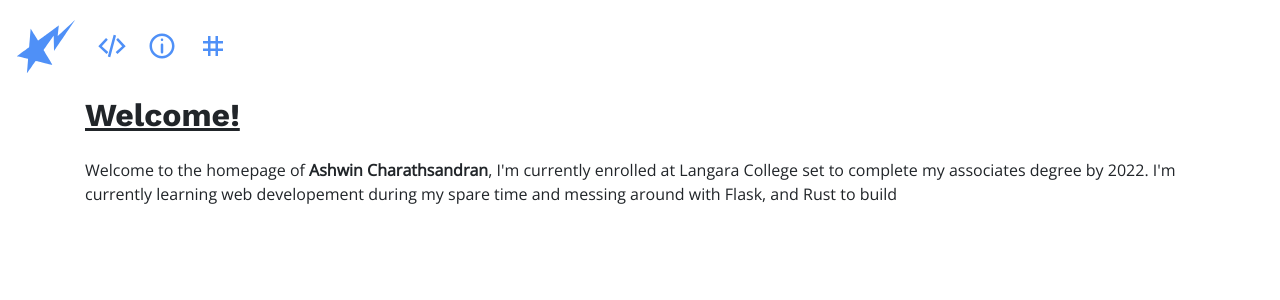
Repository: xxiz/ashwin.lol_flask
Page: http://localhost/
The author's editor kept a copy of each file at every save. The page is drawn from the files as they stood at one save, then again after the next save.
The browser window is 1280 px wide. The pictures show the whole page.
The page is served by the project's application, run on Flask 3 (app.py).

Above is the page before, as saved 2021-08-31 17:21:32.

After the next save:
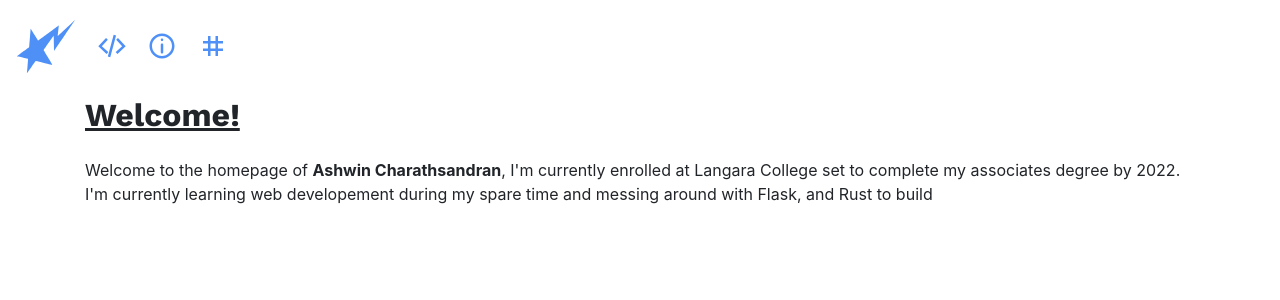
Saved 6 s later.
--- a/static/app.css
+++ b/static/app.css
@@ -14,7 +14,7 @@
     font-size: 32px;
 }
 
-main p {
+p.description {
     font-family: 'Open Sans', sans-serif;
     font-weight: 400;
 }

After the save that followed:
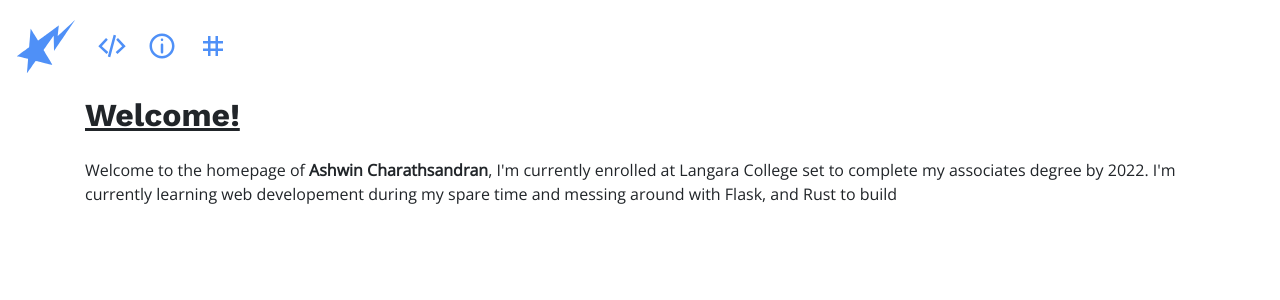
Saved 5 s later.
--- a/static/app.css
+++ b/static/app.css
@@ -14,7 +14,7 @@
     font-size: 32px;
 }
 
-p.description {
+p {
     font-family: 'Open Sans', sans-serif;
     font-weight: 400;
 }
